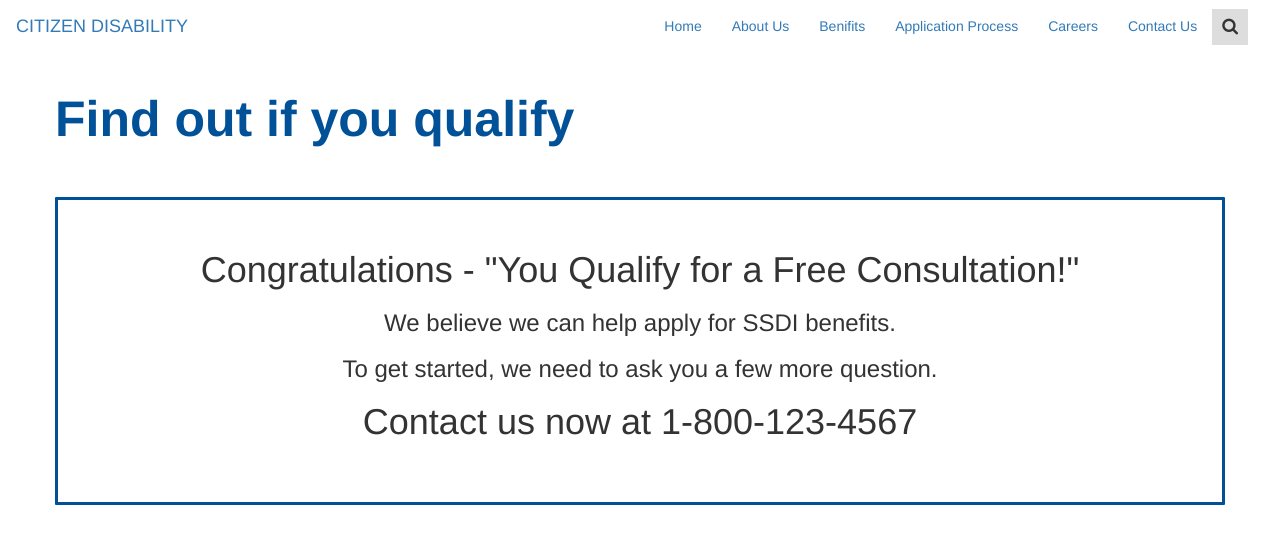
Repository: welcome0605/Embed-html-integrate-with-API
Page: Home2.html
These files come from the project's save history. The page is drawn as it stood at one moment and after the next save; the edit follows.
The browser window is 1280 px wide. The pictures show the whole page.

Above is the page before, as saved 2019-04-29 15:26:40.

After the next save:
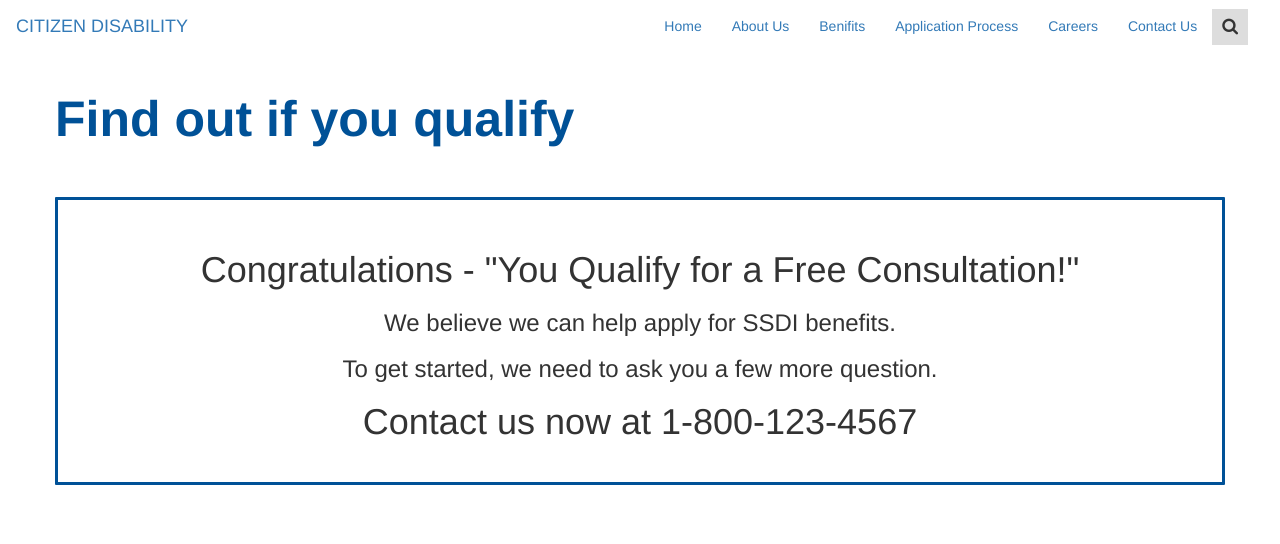
Saved 5 s later.
--- a/Home2.html
+++ b/Home2.html
@@ -46,7 +46,7 @@
         <div><h1>Congratulations - "You Qualify for a Free Consultation!"</h1></div>
         <div><h3>We believe we can help apply for SSDI benefits.</h3></div>
         <div><h3>To get started, we need to ask you a few more question.</h3></div>
-        <div><h1>Contact us now at 1-800-123-4567</h1><label></label></div>
+        <div><h1>Contact us now at 1-800-123-4567</h1></div>
       </div>
 
 
